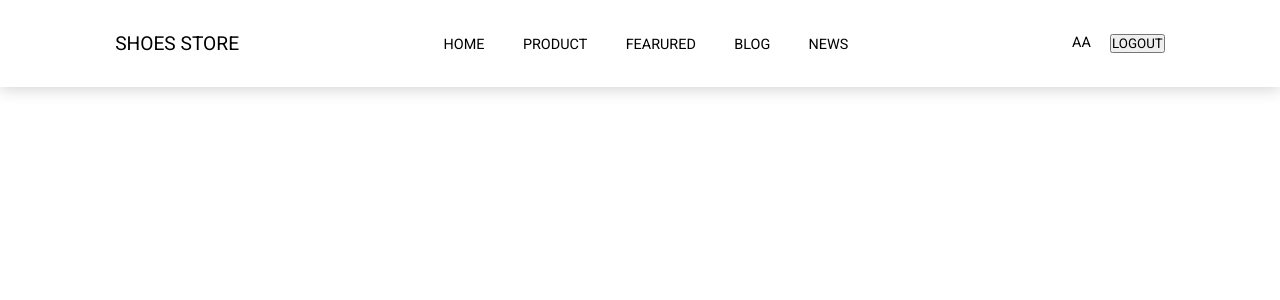
Repository: levananh202ht/Shoes-Store
Page: FondEnd/Styles/index.html
An editor plug-in stored every save of this project. The page is shown before and after the next save, followed by the edit.
The browser window is 1280 px wide. The pictures show the whole page.

Above is the page before, as saved 2023-12-23 22:15:49.

### FondEnd/Styles/index.html
<!DOCTYPE html>
<html lang="en">
<head>
    <meta charset="UTF-8">
    <meta name="viewport" content="width=device-width, initial-scale=1.0">
    <link rel="stylesheet" href="/FondEnd/css/index.css">
    <title>Document</title>
</head>
<body>
    <div class="container">

        <!-- header -->
        <div class="container_header">

            <a href="#" class="container_header-logo">SHOES STORE</a>
            <ul class="container_header-navbar">
                <li><a href="">HOME</a></li>
                <li><a href="">PRODUCT</a></li>
                <li><a href="">FEARURED</a></li>
                <li><a href="">BLOG</a></li>
                <li><a href="">NEWS</a></li>
            </ul>
            <div class="container_header-user">
                <p>aa</p>
                <button>LOGOUT</button>
            </div>
        </div>


        <div class="container_slider"></div>
        <div class="container_product"></div>
        <div class="container_blog"></div>
        <div class="container_news"></div>
        <div class="container_footer"></div>

    </div>
</body>
</html>

### FondEnd/css/index.css
@import url('https://fonts.googleapis.com/css2?family=Roboto:ital,wght@0,100;0,300;0,400;0,500;1,100;1,300;1,400;1,500&display=swap');

*{
    margin: 0;
    padding: 0;
    box-sizing: border-box;
    font-family: 'Roboto', sans-serif;
    text-transform: uppercase;
}
.container {

}
.container .container_header {
    position: absolute;
    top: 0;
    left: 0;
    right: 0;
    display: flex;
    justify-content: space-between;
    padding: 2rem 9%;
    align-items: center;
    background: #fff;
    box-shadow: 0 1px 1rem #ccc;
}
.container .container_header .container_header-logo {
    font-size: 19.2px;
    color: #000000;
    text-decoration: none;
    font-weight: 400;
}
.container .container_header .container_header-navbar {
    display: flex;
    list-style: none;

}
.container .container_header .container_header-navbar li a {
    text-decoration: none;
    margin: 0 19.2px;
    color: #000;
    font-size: 14.4px;
    font-weight: 400;
}
.container .container_header .container_header-user {
    display: flex;
}
.container .container_header .container_header-user p {
    font-size: 14.4px;
    margin: 0 19.2px;
    font-weight: 400;
}

After the next save:
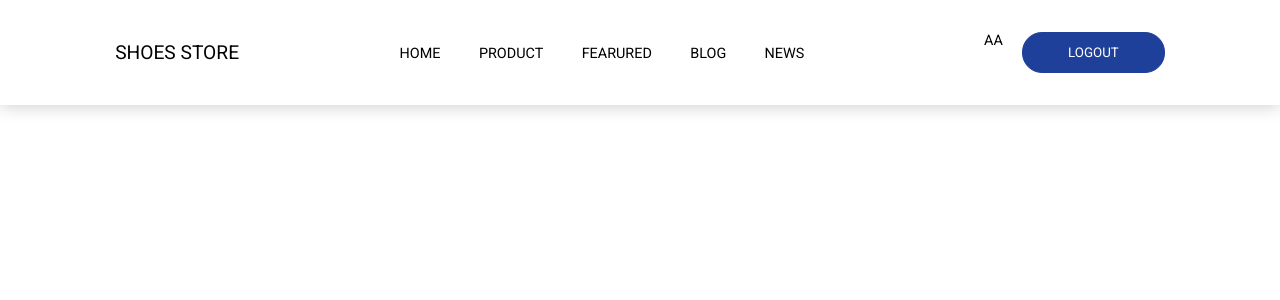
Saved 100 s later.
--- a/FondEnd/css/index.css
+++ b/FondEnd/css/index.css
@@ -48,3 +48,10 @@
     margin: 0 19.2px;
     font-weight: 400;
 }
+.container .container_header .container_header-user button {
+    padding: 12px 45px;
+    background: #1f409a;
+    color: #fff;
+    border-radius: 20px;
+    border: 1px solid #1f409a;
+}
